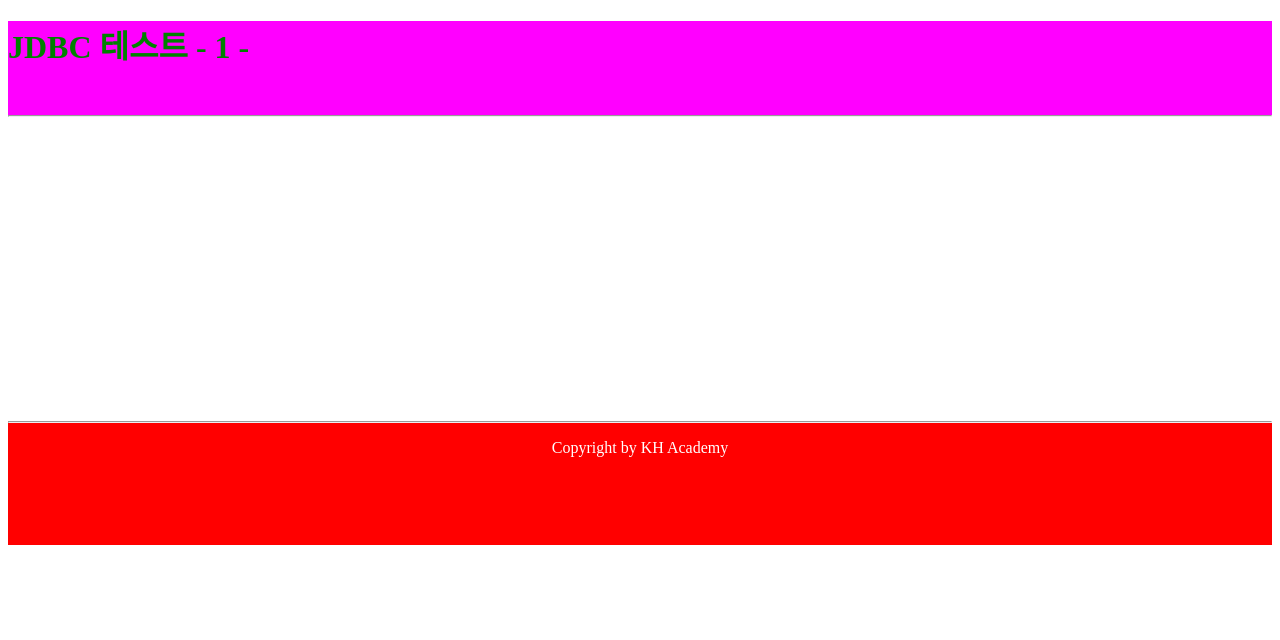
Repository: steeveelee2/WEB_Study
Page: http://localhost/JDBC1Project/views/loginForm.jsp
These files come from the project's save history. The page is drawn as it stood at one moment and after the next save; the edit follows.
The browser window is 1280 px wide. The pictures show the whole page.
The page is served by Tomcat 9.

Above is the page before, as saved 2018-10-16 04:44:00.

After the next save:
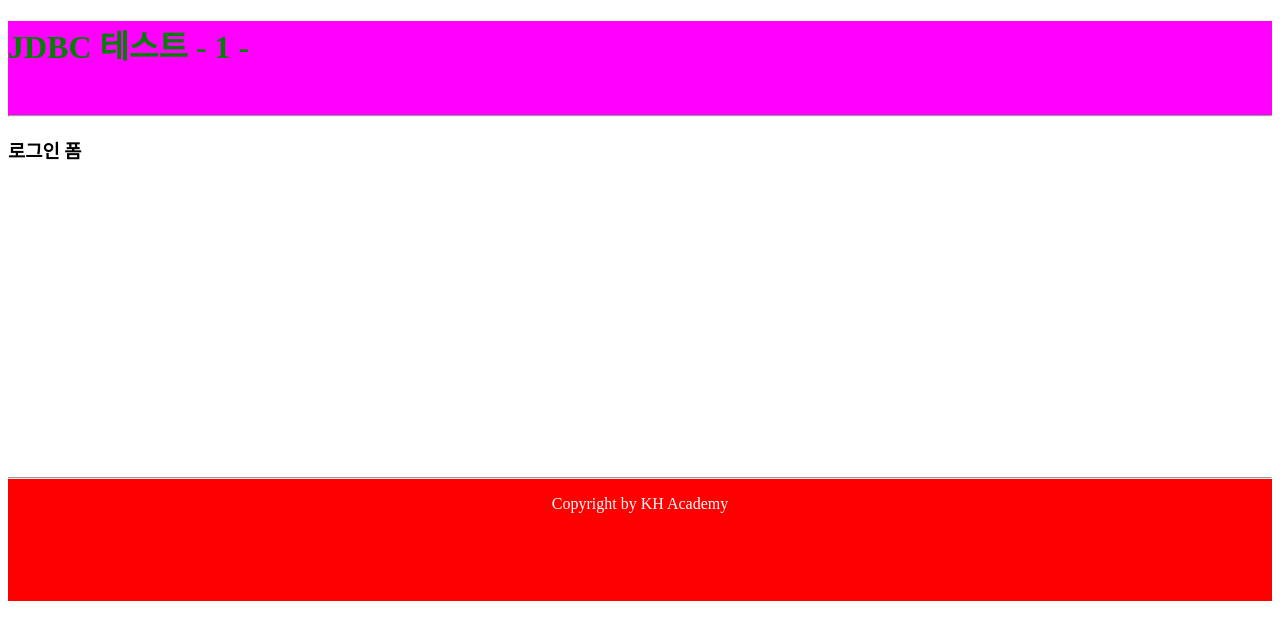
Saved 18 s later.
--- a/webWorkspace/JDBC1Project/web/views/loginForm.jsp
+++ b/webWorkspace/JDBC1Project/web/views/loginForm.jsp
@@ -9,7 +9,7 @@
 <body>
 	<%@ include file="common/header.jsp" %>
 
-
+	<h3>로그인 폼</h3>
 
 	<%@ include file="common/footer.jsp" %>
 </body>
